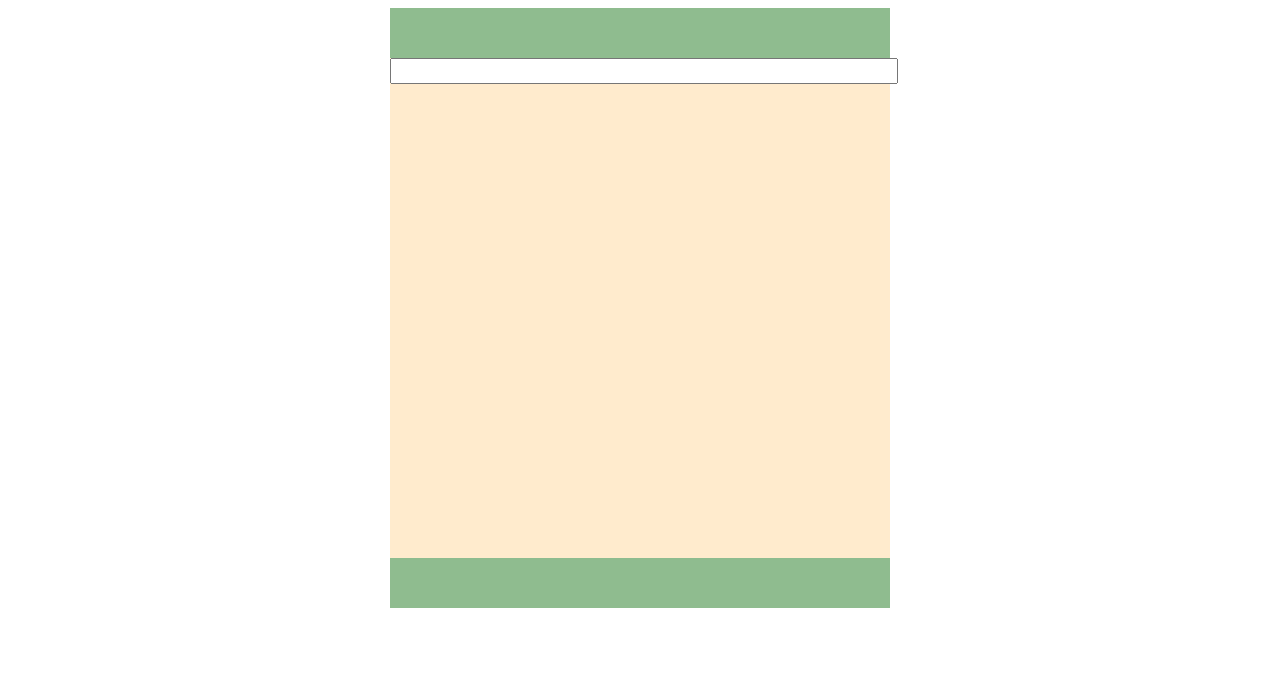
Repository: rumor1993/DreamCoding-Browser101
Page: Chapter05/index.html
An editor plug-in stored every save of this project. The page is shown before and after the next save, followed by the edit.
The browser window is 1280 px wide. The pictures show the whole page.

Above is the page before, as saved 2020-12-30 12:07:42.

After the next save:
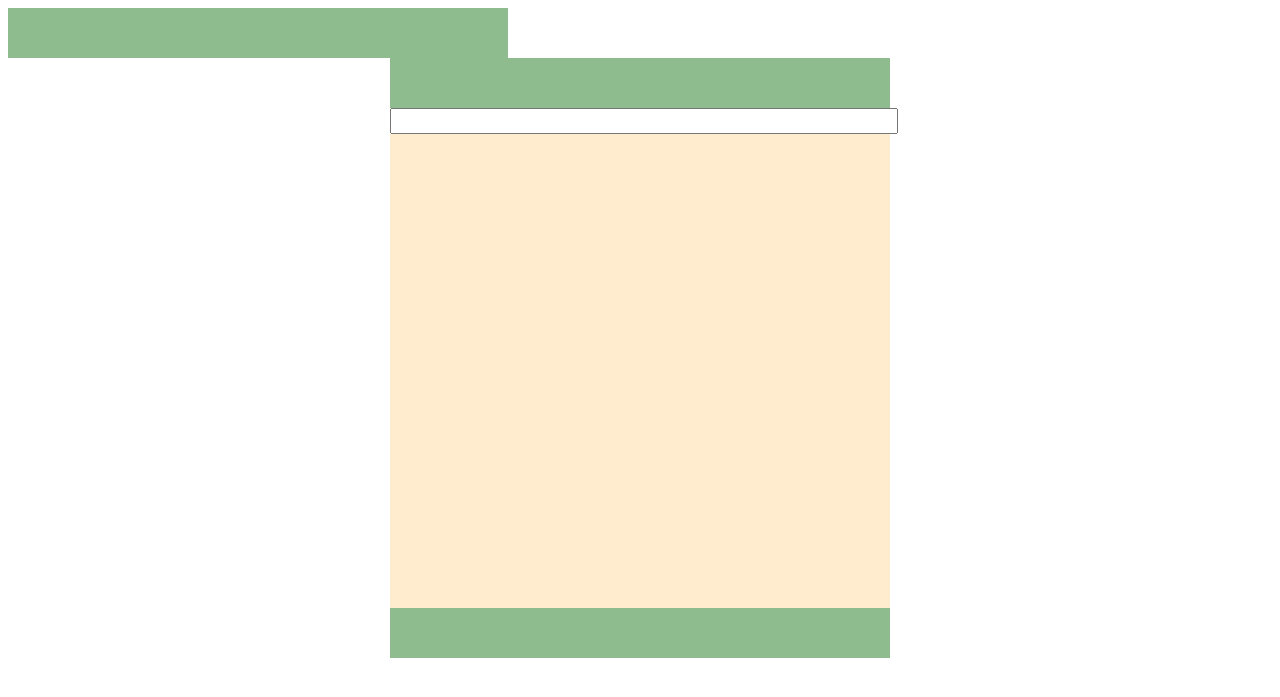
Saved 108 s later.
--- a/Chapter05/index.html
+++ b/Chapter05/index.html
@@ -8,6 +8,10 @@
     <script src="main.js"></script>
   </head>
   <body>
+    <section class="list">
+      <header class="header"></header>
+    </section>
+
     <div class="shoopping-list">
       <div class="header"></div>
       <div class="contents">
